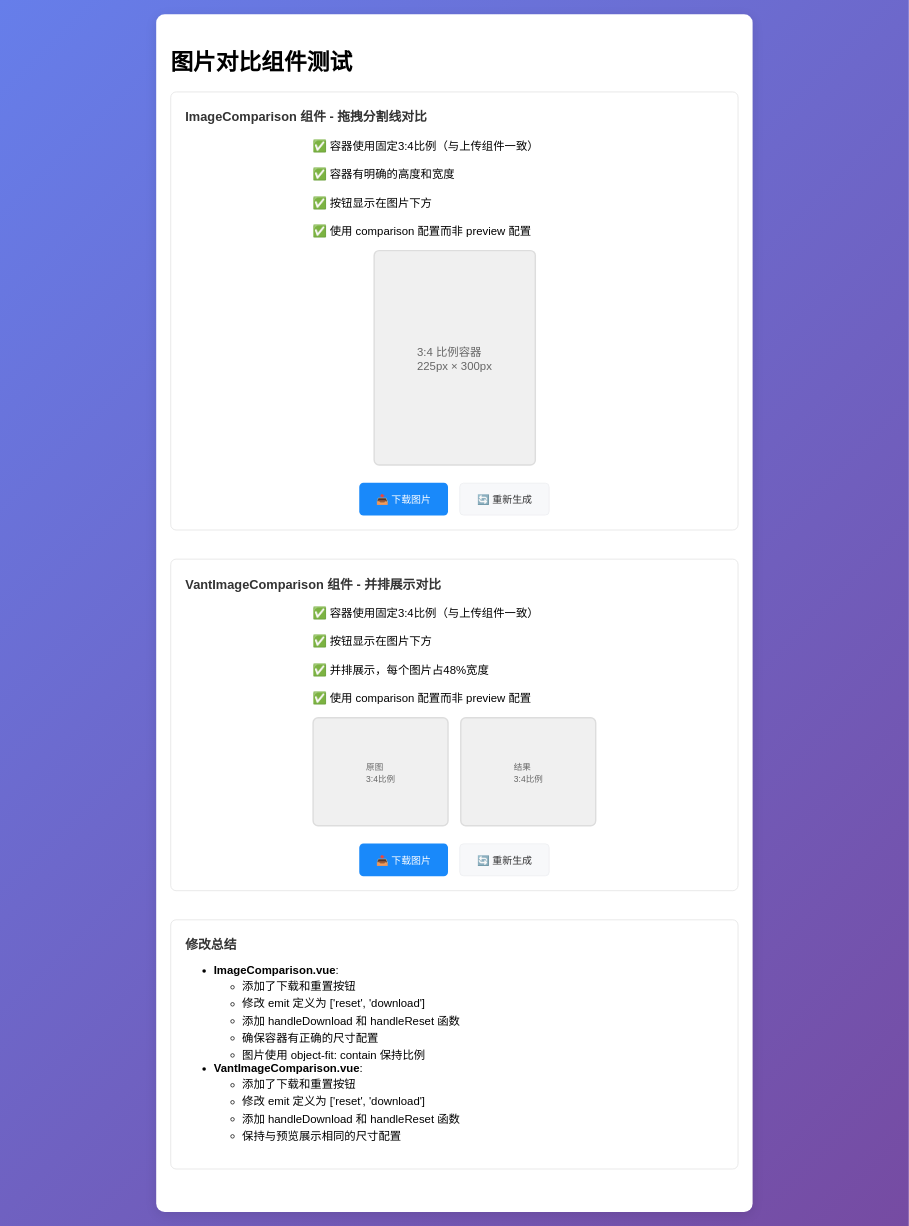
Repository: fooldychi/undress
Page: test-components.html
These files come from the project's save history. The page is drawn as it stood at one moment and after the next save; the edit follows.
The browser window is 1280 px wide. The pictures show the whole page, at 71% of full size.

Above is the page before, as saved 2025-07-13 14:48:20.

### test-components.html
<!DOCTYPE html>
<html lang="zh-CN">
<head>
    <meta charset="UTF-8">
    <meta name="viewport" content="width=device-width, initial-scale=1.0">
    <title>组件测试</title>
    <style>
        body {
            font-family: Arial, sans-serif;
            margin: 20px;
            background: linear-gradient(135deg, #667eea 0%, #764ba2 100%);
            min-height: 100vh;
        }
        .container {
            max-width: 800px;
            margin: 0 auto;
            background: white;
            padding: 20px;
            border-radius: 12px;
            box-shadow: 0 4px 16px rgba(0, 0, 0, 0.1);
        }
        .demo-section {
            margin-bottom: 40px;
            padding: 20px;
            border: 1px solid #e0e0e0;
            border-radius: 8px;
        }
        .demo-title {
            font-size: 18px;
            font-weight: bold;
            margin-bottom: 16px;
            color: #333;
        }
        .comparison-demo {
            width: 100%;
            max-width: 400px;
            margin: 0 auto;
        }
        .result-actions {
            display: flex;
            gap: 16px;
            justify-content: center;
            margin-top: 24px;
            padding: 0 16px;
        }
        .van-button {
            padding: 12px 24px;
            border: none;
            border-radius: 6px;
            font-size: 14px;
            cursor: pointer;
            transition: all 0.3s ease;
        }
        .van-button--primary {
            background: #1989fa;
            color: white;
        }
        .van-button--primary:hover {
            background: #0570d9;
        }
        .van-button:not(.van-button--primary) {
            background: #f7f8fa;
            color: #323233;
            border: 1px solid #ebedf0;
        }
        .van-button:not(.van-button--primary):hover {
            background: #f2f3f5;
        }
    </style>
</head>
<body>
    <div class="container">
        <h1>图片对比组件测试</h1>

        <div class="demo-section">
            <div class="demo-title">ImageComparison 组件 - 拖拽分割线对比</div>
            <div class="comparison-demo">
                <p>✅ 容器使用固定3:4比例（与上传组件一致）</p>
                <p>✅ 容器有明确的高度和宽度</p>
                <p>✅ 按钮显示在图片下方</p>
                <p>✅ 使用 comparison 配置而非 preview 配置</p>

                <!-- 模拟容器 -->
                <div style="width: 225px; height: 300px; background: #f0f0f0; border: 2px solid #ddd; border-radius: 8px; margin: 16px auto; display: flex; align-items: center; justify-content: center;">
                    <span style="color: #666;">3:4 比例容器<br>225px × 300px</span>
                </div>

                <!-- 模拟按钮区域 -->
                <div class="result-actions">
                    <button class="van-button van-button--primary">
                        📥 下载图片
                    </button>
                    <button class="van-button">
                        🔄 重新生成
                    </button>
                </div>
            </div>
        </div>

        <div class="demo-section">
            <div class="demo-title">VantImageComparison 组件 - 并排展示对比</div>
            <div class="comparison-demo">
                <p>✅ 容器使用固定3:4比例（与上传组件一致）</p>
                <p>✅ 按钮显示在图片下方</p>
                <p>✅ 并排展示，每个图片占48%宽度</p>
                <p>✅ 使用 comparison 配置而非 preview 配置</p>

                <!-- 模拟并排容器 -->
                <div style="display: flex; gap: 4%; justify-content: center; margin: 16px auto; max-width: 400px;">
                    <div style="width: 48%; height: 150px; background: #f0f0f0; border: 2px solid #ddd; border-radius: 8px; display: flex; align-items: center; justify-content: center;">
                        <span style="color: #666; font-size: 12px;">原图<br>3:4比例</span>
                    </div>
                    <div style="width: 48%; height: 150px; background: #f0f0f0; border: 2px solid #ddd; border-radius: 8px; display: flex; align-items: center; justify-content: center;">
                        <span style="color: #666; font-size: 12px;">结果<br>3:4比例</span>
                    </div>
                </div>

                <!-- 模拟按钮区域 -->
                <div class="result-actions">
                    <button class="van-button van-button--primary">
                        📥 下载图片
                    </button>
                    <button class="van-button">
                        🔄 重新生成
                    </button>
                </div>
            </div>
        </div>

        <div class="demo-section">
            <div class="demo-title">修改总结</div>
            <ul>
                <li><strong>ImageComparison.vue</strong>:
                    <ul>
                        <li>添加了下载和重置按钮</li>
                        <li>修改 emit 定义为 ['reset', 'download']</li>
                        <li>添加 handleDownload 和 handleReset 函数</li>
                        <li>确保容器有正确的尺寸配置</li>
                        <li>图片使用 object-fit: contain 保持比例</li>
                    </ul>
                </li>
                <li><strong>VantImageComparison.vue</strong>:
                    <ul>
                        <li>添加了下载和重置按钮</li>
                        <li>修改 emit 定义为 ['reset', 'download']</li>
                        <li>添加 handleDownload 和 handleReset 函数</li>
                        <li>保持与预览展示相同的尺寸配置</li>
                    </ul>
                </li>
            </ul>
        </div>
    </div>
</body>
</html>

After the next save:
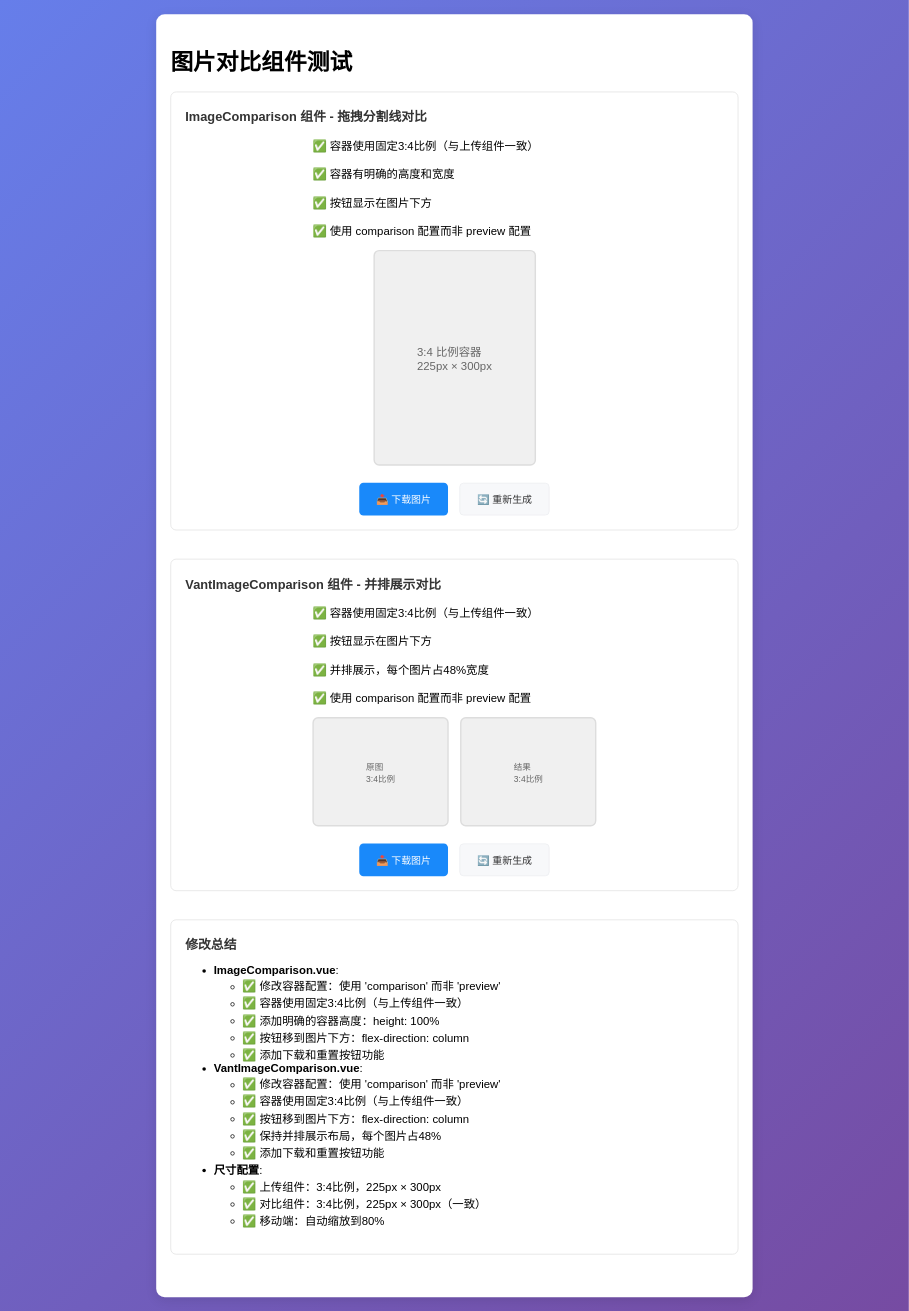
Saved 24 s later.
--- a/test-components.html
+++ b/test-components.html
@@ -132,19 +132,27 @@
             <ul>
                 <li><strong>ImageComparison.vue</strong>:
                     <ul>
-                        <li>添加了下载和重置按钮</li>
-                        <li>修改 emit 定义为 ['reset', 'download']</li>
-                        <li>添加 handleDownload 和 handleReset 函数</li>
-                        <li>确保容器有正确的尺寸配置</li>
-                        <li>图片使用 object-fit: contain 保持比例</li>
+                        <li>✅ 修改容器配置：使用 'comparison' 而非 'preview'</li>
+                        <li>✅ 容器使用固定3:4比例（与上传组件一致）</li>
+                        <li>✅ 添加明确的容器高度：height: 100%</li>
+                        <li>✅ 按钮移到图片下方：flex-direction: column</li>
+                        <li>✅ 添加下载和重置按钮功能</li>
                     </ul>
                 </li>
                 <li><strong>VantImageComparison.vue</strong>:
                     <ul>
-                        <li>添加了下载和重置按钮</li>
-                        <li>修改 emit 定义为 ['reset', 'download']</li>
-                        <li>添加 handleDownload 和 handleReset 函数</li>
-                        <li>保持与预览展示相同的尺寸配置</li>
+                        <li>✅ 修改容器配置：使用 'comparison' 而非 'preview'</li>
+                        <li>✅ 容器使用固定3:4比例（与上传组件一致）</li>
+                        <li>✅ 按钮移到图片下方：flex-direction: column</li>
+                        <li>✅ 保持并排展示布局，每个图片占48%</li>
+                        <li>✅ 添加下载和重置按钮功能</li>
+                    </ul>
+                </li>
+                <li><strong>尺寸配置</strong>:
+                    <ul>
+                        <li>✅ 上传组件：3:4比例，225px × 300px</li>
+                        <li>✅ 对比组件：3:4比例，225px × 300px（一致）</li>
+                        <li>✅ 移动端：自动缩放到80%</li>
                     </ul>
                 </li>
             </ul>
